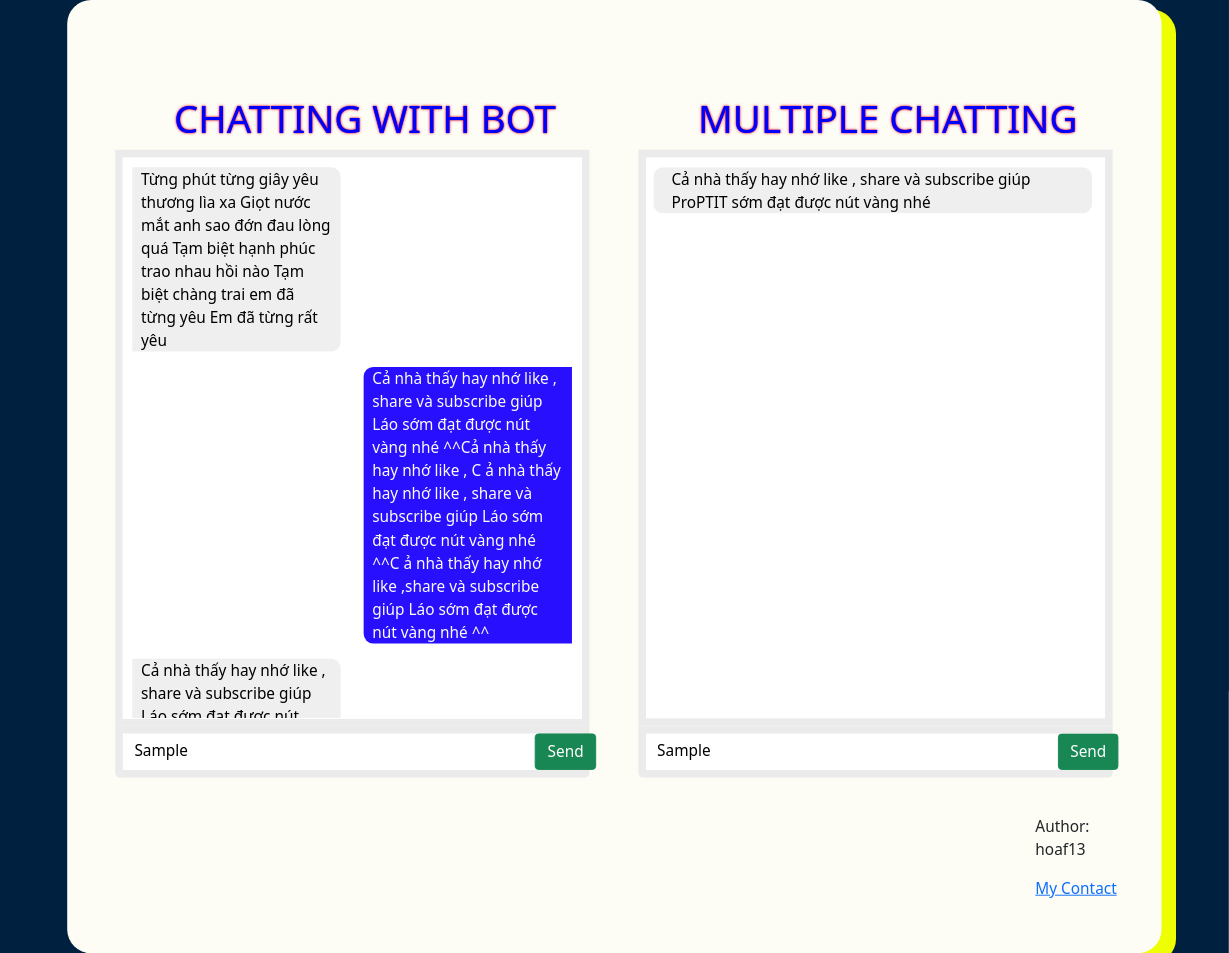
Repository: hoaf13/nlp-chatbot-lol
Page: http://localhost/
The author's editor kept a copy of each file at every save. The page is drawn from the files as they stood at one save, then again after the next save.
The browser window is 1280 px wide. The pictures show the whole page, at 96% of full size.
Empty fields were first filled with sample values (such as "Sample", 5 or name@example.com).
After loading, the first visible `#send-btn-2` was clicked once.
An inner scrolling area shows only its first screen. Some web libraries are served in a nearby version. The page is served by the project's application, run on Flask 3 (app/__init__.py).

Above is the page before, as saved 2021-01-24 18:40:39.

After the next save:
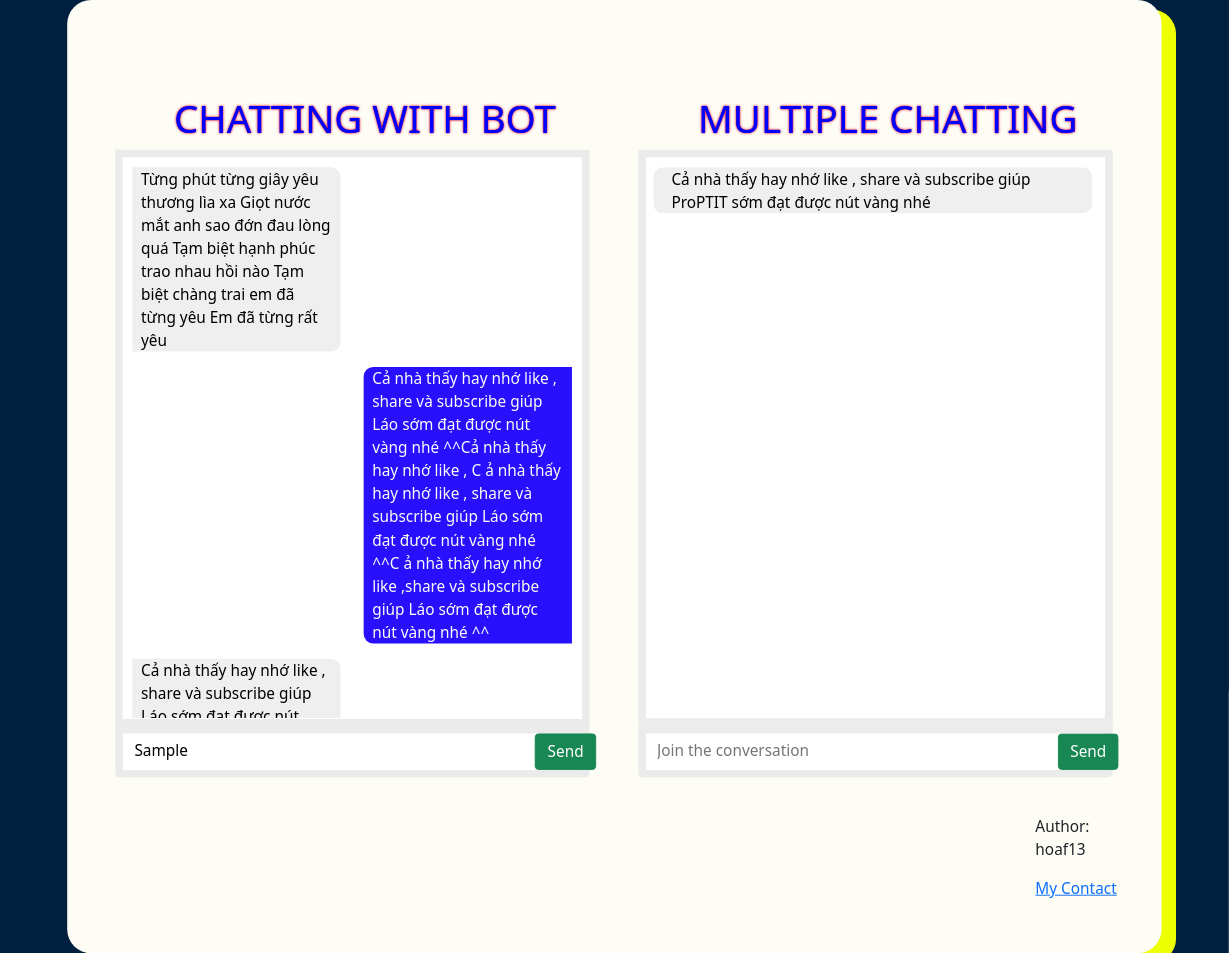
Saved 12 s later.
--- a/app/templates/pages/index.html
+++ b/app/templates/pages/index.html
@@ -21,6 +21,7 @@
 
       $('#send-btn-2').on('click', ()=>{
         socket.emit('send-multiple-message', $('my-message-2').val())
+        $('#my-message-2').val('')
       });
       socket.on('multiple-messages', function(){
 
